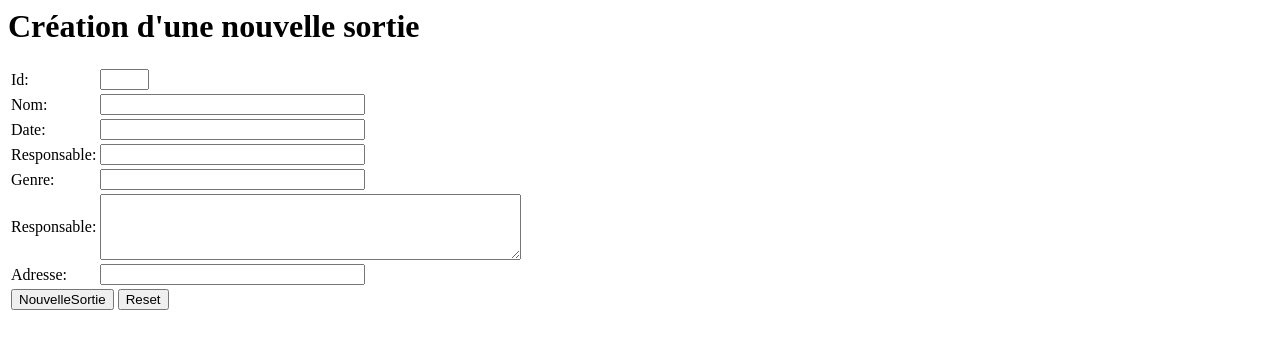
Repository: JulesThuillier/INF3710---TP4
Page: http://localhost/TP4/new.jsp
The author's editor kept a copy of each file at every save. The page is drawn from the files as they stood at one save, then again after the next save.
The browser window is 1280 px wide. The pictures show the whole page.
The page is served by Tomcat 9.

Above is the page before, as saved 2015-11-20 23:30:32.

After the next save:
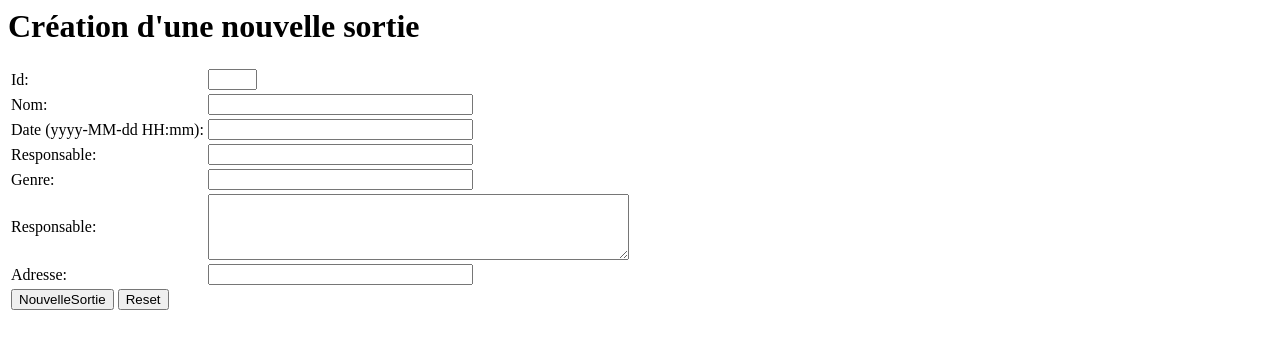
Saved 104 s later.
--- a/TP4/TP4/WebContent/new.jsp
+++ b/TP4/TP4/WebContent/new.jsp
@@ -16,7 +16,7 @@
             <td><input type="text" name="nom" size="30" maxlength="80"></td>
         </tr>
         <tr>
-            <td>Date:</td>
+            <td>Date (yyyy-MM-dd HH:mm):</td>
             <td><input type="text" name="date" size="30" maxlength="80"></td>
         </tr>
         <tr>
